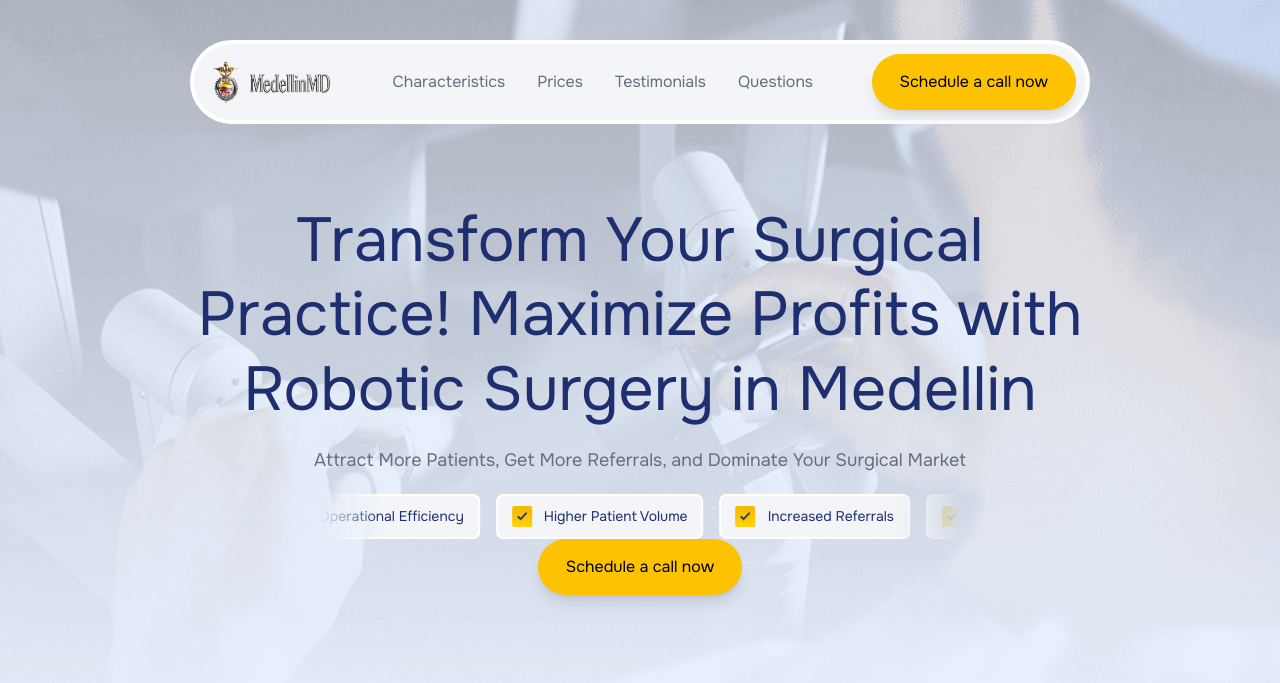
Repository: emmanueltech2019/cmd
Page: /home
The author's editor kept a copy of each file at every save. The page is drawn from the files as they stood at one save, then again after the next save.
The browser window is 1280 px wide. The pictures show the whole page.
The project was rebuilt for these pictures with package versions that can differ from the ones it lists, and the page was loaded fresh each time. The framework's server and built-in components were replaced by stand-ins that run in the browser. Also part of the build but not shown: next.config.mjs.

Above is the page before, as saved 2025-05-15 17:05:37.

### src/app/home/page.jsx
import React from 'react'
import Image from 'next/image'
import medellinHero from '@/images/jpg/medellinHero.jpg'
import medellinLogo from '@/images/png/medellinLogo.png'
import medellinCheck from '@/images/png/medellinCheck.png'
import SlideView from '../components/SlideView'
import Button from '../components/Button'
import medellinDotted from '@/images/png/medellinDotted.png'

const page = () => {
    const slideViewData = [
        { id: 1, text: 'Increased Referrals', image: medellinCheck },
        { id: 2, text: 'Premium Positioning', image: medellinCheck },
        { id: 3, text: 'Operational Efficiency', image: medellinCheck },
        { id: 4, text: 'Higher Patient Volume', image: medellinCheck },
    ];
  return (
    <>
        <div className={`h-screen w-full`}
            style={{
                backgroundImage: `url(${medellinHero.src})`,
                backgroundSize: 'cover',
                backgroundPosition: 'center',
                backgroundRepeat: 'no-repeat',
            }}
        >
            <nav className='py-5'>
                <div className="w-web-navwidth mx-auto bg-web-navwhite backdrop-blur-md p-web-nav-padding flex justify-between items-center rounded-web-radius border-white border-4 my-5">
                    <div className="w-web-logowidth h-web-logoheight flex justify-center items-center">
                        <Image src={medellinLogo} width={100} height={100} alt='medellin logo' className='w-full' />
                    </div>
                    <ul className="flex gap-web-navgap items-center text-navfontsize">
                        <li>
                            <button className='p-web-nav-padding bg-transparent hover:bg-web-blue text-web-navgray hover:text-white transition-all duration-500 rounded-web-navbtnradius'>Characteristics</button>
                        </li>
                        <li>
                            <button className='p-web-nav-padding bg-transparent hover:bg-web-blue text-web-navgray hover:text-white transition-all duration-500 rounded-web-navbtnradius'>Prices</button>
                        </li>
                        <li>
                            <button className='p-web-nav-padding bg-transparent hover:bg-web-blue text-web-navgray hover:text-white transition-all duration-500 rounded-web-navbtnradius'>Testimonials</button>
                        </li>
                        <li>
                            <button className='p-web-nav-padding bg-transparent hover:bg-web-blue text-web-navgray hover:text-white transition-all duration-500 rounded-web-navbtnradius'>Questions</button>
                        </li>
                    </ul>
                    <Button>Schedule a call now</Button>
                </div>
            </nav>
            <div className="mt-10 w-[100%] md:w-[70%] mx-auto">
                <h1 className="text-center text-web-blue text-webhero-font leading-webhero-lineheight">Transform Your Surgical Practice! Maximize Profits with Robotic Surgery in Medellin</h1>
                <p className='text-websubhero-font text-web-navgray text-center py-5'>Attract More Patients, Get More Referrals, and Dominate Your Surgical Market</p>
            </div>
            <div className="flex whitespace-nowrap overflow-hidden w-[50%] mx-auto"
                style={{
                        WebkitMaskImage:
                        'linear-gradient(to right, transparent, black 10%, black 90%, transparent)',
                        maskImage:
                        'linear-gradient(to right, transparent, black 10%, black 90%, transparent)',
                    }}
            >
                <div className="flex animate-slide flex-shrink-0">
                    {slideViewData.map((item) => (
                        <SlideView key={`a-${item.id}`}>
                            <div className="flex gap-3">
                                <Image src={item.image} alt='medellin check' width={100} height={100} className='w-5' />
                                {item.text}
                            </div>
                        </SlideView>
                    ))}
                </div>
                <div className="flex animate-slide flex-shrink-0">
                    {slideViewData.map((item) => (
                        <SlideView key={`b-${item.id}`}>
                            <div className="flex gap-3">
                                <Image src={item.image} alt='medellin check' width={100} height={100} className='w-5' />
                                {item.text}
                            </div>
                        </SlideView>
                    ))}
                </div>
            </div>
            <div className="flex justify-center items-center">
                <Button>Schedule a call now</Button>
            </div>
        </div>
    </>
  )
}

export default page

### src/app/globals.css
@import url('https://fonts.googleapis.com/css2?family=Onest:wght@100..900&family=Poppins:ital,wght@0,100;0,200;0,300;0,400;0,500;0,600;0,700;0,800;0,900;1,100;1,200;1,300;1,400;1,500;1,600;1,700;1,800;1,900&display=swap');

*{
  font-family: "Onest", sans-serif;
}

@tailwind base;
@tailwind components;
@tailwind utilities;

@font-face {
  font-family: 'Onset';
  src: url('/src/fonts/Onest-VariableFont_wght.ttf') format('truetype');
  font-weight: 400;
  font-style: normal;
  font-display: swap; /* recommended for better performance */
}

### src/app/components/SlideView.jsx
import React from 'react'

const slideview = ({ children }) => {
  return (
    <div className='p-web-heroslideview bg-web-navwhite border-white border-2 rounded-web-heroslideradius text-web-navfontsize text-web-blue mx-2 flex-shrink-0'>{children}</div>
  )
}

export default slideview

### src/app/components/button.jsx
import React from 'react'

const button = ({children}) => {
  return (
    <button className='bg-web-yellow hover:bg-web-blue py-4 px-7 transition-all duration-500 hover:text-white shadow-lg rounded-web-radius'>{children}</button>
  )
}

export default button

### tailwind.config.js
/** @type {import('tailwindcss').Config} */
export default {
  content: [
    "./index.html",
    "./src/**/*.{js,ts,jsx,tsx}",
  ],
  theme: {
    extend: {
      colors: {
        'web-blue': '#1d2f6f',
        'web-yellow': '#fdc201',
        'web-navwhite': '#f3f5f8',
        'web-navgray': '#646e7d',
      },
      boxShadow: {
        'web-shadow': '#abcbff08 0px 0.602187px 2.28831px 0px,'
      },
      padding: {
        'web-btn-padding': '16px 28px',
        'web-nav-padding': '10px',
        'web-heroslideview': '10px 14px'
      },
      lineHeight: {
        'webhero-lineheight': '74.4px'
      },
      fontSize: {
        'webhero-font': '62px',
        'websubhero-font': '18px',
        'web-navfontsize': '14px'
      },
      width: {
        'web-navwidth': '900px',
        'web-logowidth': '130px',
      },
      height: {
        'web-navheight': '76px',
        'web-logoheight': '56px'
      },
      borderRadius: {
        'web-radius': '99px',
        'web-navbtnradius': '8px',
        'web-heroslideradius': '7px'
      },
      gap: {
        'web-navgap': '12px'
      },
      fontFamily: {
        myFont: ['Onset']
      },
      keyframes: {
        'slide': {
          '0%': { transform: 'translateX(0)' },
          '100%': { transform: 'translateX(-100%)' },
        },
      },
      animation: {
        'slide': 'slide 10s linear infinite',
      },
    },
  },
  plugins: [],
}

Loaded but not shown: src/app/layout.jsx (common file)

After the next save:
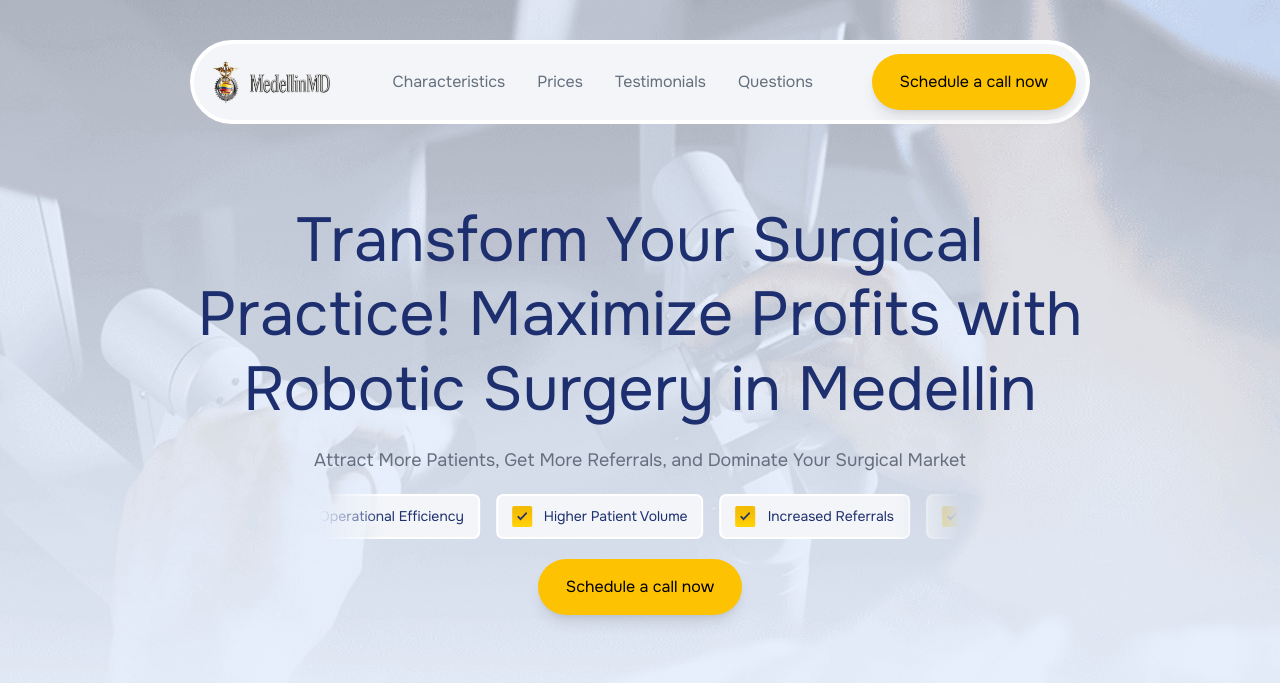
Saved 33 s later.
--- a/src/app/home/page.jsx
+++ b/src/app/home/page.jsx
@@ -79,7 +79,7 @@ const page = () => {
                     ))}
                 </div>
             </div>
-            <div className="flex justify-center items-center">
+            <div className="flex justify-center items-center my-5">
                 <Button>Schedule a call now</Button>
             </div>
         </div>
